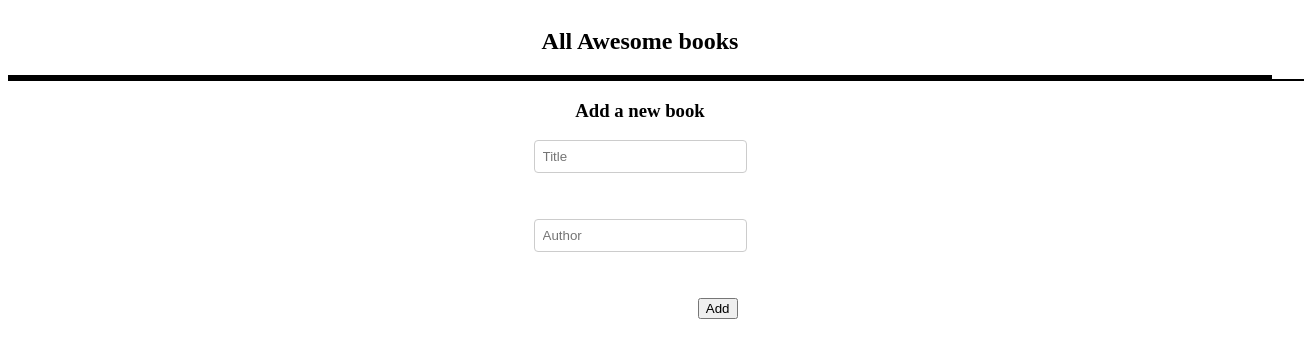
Repository: Salimer/Awesome-books
Page: index.html
An editor plug-in stored every save of this project. The page is shown before and after a run of saves, followed by the edit.
The browser window is 1280 px wide. The page is 1304 px wide, so the pictures cover 1304 px, including what lies to the right of the window. The pictures show the whole page.
The style sheet was rebuilt from its Sass, Less or Tailwind sources for each picture, by a compiler version that may differ from the author's.

Above is the page before, as saved 2023-04-25 12:08:53.

### index.html
<!DOCTYPE html>
<html lang="en">
<head>
    <meta charset="UTF-8">
    <meta http-equiv="X-UA-Compatible" content="IE=edge">
    <meta name="viewport" content="width=device-width, initial-scale=1.0">
    <link rel="stylesheet" href="style.css">
    <title>Document</title>
</head>
<body>
    <main>
        <section class="view-books">
            <h1>All Awesome books</h1>
            <article class="books">

            </article>
            <div class="underline"></div>
        </section>
            <form id="form">
                <article class="new-book">
                    <h3>Add a new book</h3>
                    <div class="input">
                        <input id="new-title" name="title" placeholder="Title"><br><br>
                        <input id="new-author" name="author" placeholder="Author"><br><br>
                    </div>
                    <button id="add-book" type="submit">Add</button>
                </article>
            </form>
    </main>

    <script src="script.js"></script>
</body>
</html>

### script.js
// the book object
const book = {
  id: '',
  title: '',
  author: '',
};

// Check local storage for books collection object
let booksCollection = JSON.parse(localStorage.getItem('books')) || [];

// Save books to local storage
function saveBooks(books) {
  localStorage.setItem('books', JSON.stringify(books));
}

// Remove an existing book function
function removeBook(id) {
  booksCollection = booksCollection.filter((obj) => obj.id !== id);
}

// Add a new book function
function addBook(title, author) {
  const newBook = Object.create(book);
  newBook.id = Date.now().toString(); // Generate unique ID based on timestamp
  newBook.title = title;
  newBook.author = author;
  booksCollection.push(newBook);
}

// View books --------------------------------------------------
function viewBooks() {
  // Remove all existing book elements from the container
  const container = document.querySelector('.books');
  while (container.firstChild) {
    container.removeChild(container.firstChild);
  }

  // Update books
  booksCollection.forEach((book) => {
    // Create the container div
    const bookInfo = document.createElement('div');
    bookInfo.className = 'book-info';
    bookInfo.innerHTML = `<p><span class="book-title">"${book.title}"</span> by <span class="book-author"> ${book.author}</span></p>`;

    // Create and append the button
    const button = document.createElement('button');
    button.className = 'remove-book';
    button.type = 'button';
    button.textContent = 'Remove';
    button.dataset.id = book.id; // Set the book ID as a data attribute
    bookInfo.appendChild(button);

    // Append the container div to the html
    container.appendChild(bookInfo);
  });

  // Update local storage
  saveBooks(booksCollection);

  // Checking all the remove-book buttons
  const removeButtons = document.querySelectorAll('.remove-book');
  removeButtons.forEach((button) => {
    button.addEventListener('click', (event) => {
      const { id } = event.target.dataset;
      removeBook(id);
      viewBooks();
    });
  });
}
// ------------------------------------------------------------

viewBooks();

// Adding new book
const addBookBtn = document.querySelector('#add-book');
addBookBtn.addEventListener('click', () => {
  const form = document.getElementById("form");
  let title = document.querySelector('#new-title').value;
    const author = document.querySelector('#new-author').value;
    addBook(title, author);
    viewBooks();
    form.reset();
});

### style.scss


.view-books {
  display: flex;
  flex-direction: column;

  h1 {
    align-self: center;
  }

  article {
    border: 2px solid black;
  }

  div {
    display: flex;
    justify-content: space-between;
    padding: 0 1rem;

    &:nth-child(odd) {
      background-color: #dddddd;
    }

    p {
      font-weight: 900;
    }

    button {
      margin: 8px 0;
    }
  }
}

.underline {
  border-bottom: 2px solid black;
  width: 100%;
  padding: 1px;
}

#form {
  display: flex;
  flex-direction: column;
  align-items: center;

  .new-book {
    display: flex;
    flex-direction: column;
    align-items: center;

    h3 {
      text-align: center;
    }

    .input {
      display: flex;
      flex-direction: column;
      align-items: center;

      input {
        padding: 8px;
        margin-bottom: 10px;
        border: 1px solid #ccc;
        border-radius: 4px;
        width: 100%;

        &:last-child {
          margin-bottom: 20px;
        }
      }
    }

    button {
      margin-left: auto;
    }
  }
}

After the next 2 saves:
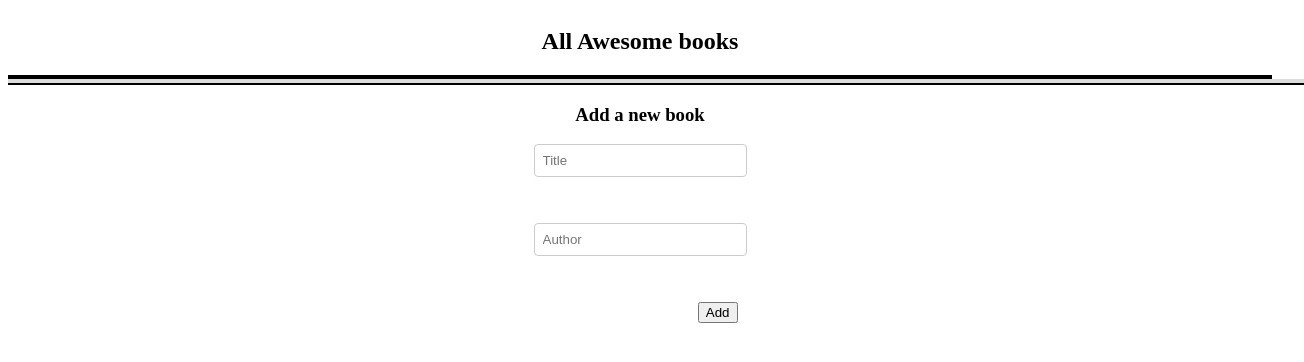
The 2 saves are shown as one change because they came seconds apart.
The last was saved 20 s later.
--- a/style.scss
+++ b/style.scss
@@ -33,6 +33,7 @@
 
 .underline {
   border-bottom: 2px solid black;
+  height: 4px;
   width: 100%;
   padding: 1px;
 }
